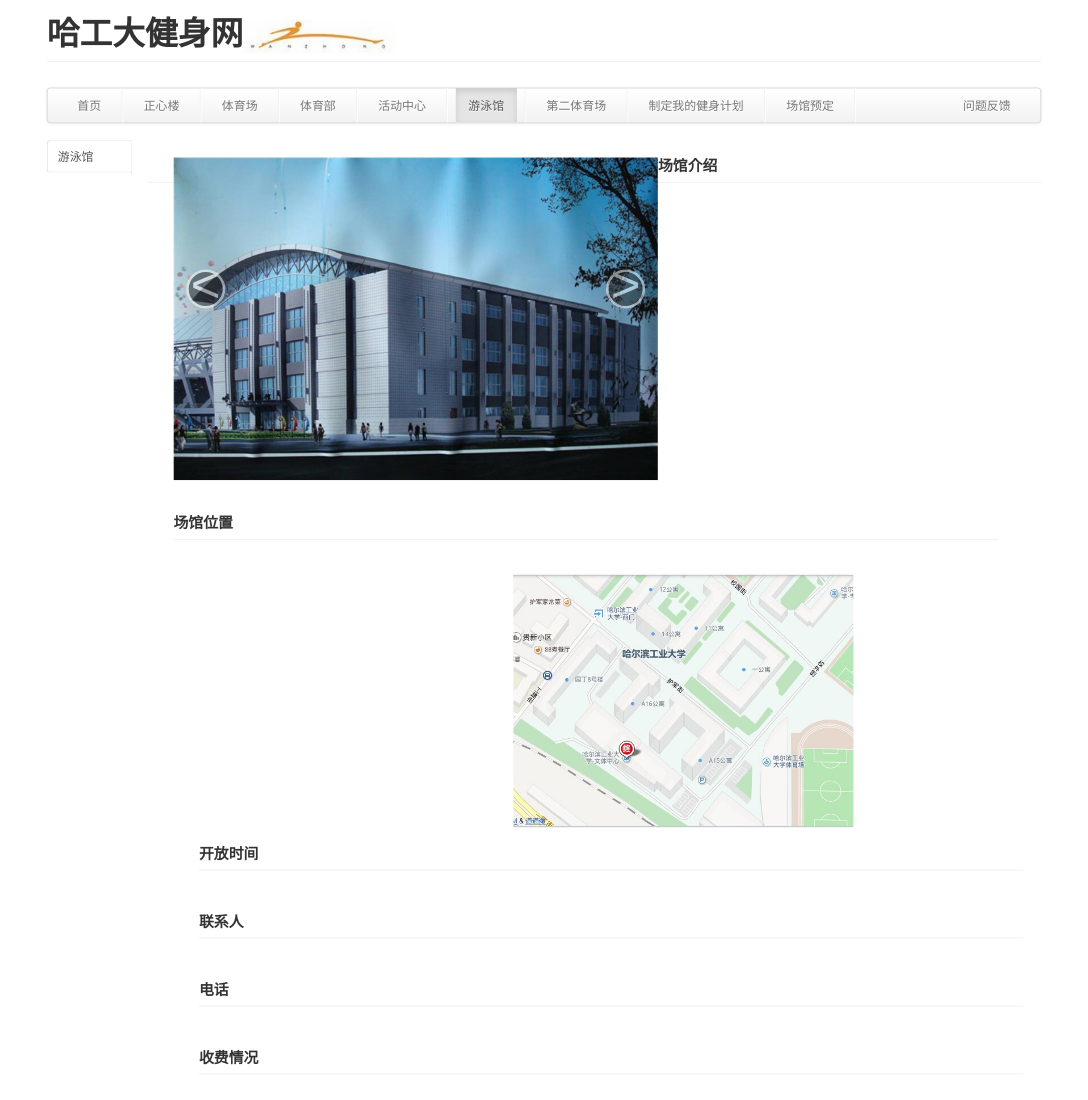
Repository: hitDeveloper/fitness
Page: http://localhost/project/swimming.jsp
An editor plug-in stored every save of this project. The page is shown before and after the next save, followed by the edit.
The browser window is 1280 px wide. The pictures show the whole page, at 85% of full size.
The page is served by Tomcat 9. Nobody is signed in. The application's start-up code is not run. Other server files are loaded and not shown.

Above is the page before, as saved 2014-11-04 15:55:00.

### Project/project/WebRoot/swimming.jsp
<%@ page language="java" import="java.util.*" pageEncoding="UTF-8"%>
<!DOCTYPE html>
<html>
<head>
<title>首页</title>
	<meta name="viewport" content="width=device-width, initial-scale=1.0"  charset="utf-8">
	<link href="bootstrap.min.css" rel="stylesheet" type="text/css" media="screen">
	<link href="bootstrap-responsive.min.css" rel="stylesheet" type="text/css">
</head>
<body>
<div class="container">
<h1 class="page-header" >哈工大健身网<img src="image/logo.jpg"></h1>
<div class="navbar">
<div class="navbar-inner">
<div class="container">
<ul class="nav">
	<li><a href="main.jsp">首页</a></li>
	<li class="divider-vertical"></li>
	<li><a href="zhengxin.jsp">正心楼</a></li>
	<li class="divider-vertical"></li>
	<li><a href="gym.jsp">体育场</a></li>
	<li class="divider-vertical"></li>
	<li><a href="tiyubu.jsp">体育部</a></li>
	<li class="divider-vertical"></li>
	<li><a href="center.jsp">活动中心</a></li>
	<li class="divider-vertical"></li>
	<li class="active"><a href="swimming.jsp">游泳馆</a></li>
	<li class="divider-vertical"></li>
	<li><a href="gym2.jsp">第二体育场</a></li>
	<li class="divider-vertical"></li>
	<li><a href="myplan.jsp">制定我的健身计划</a></li>
	<li class="divider-vertical"></li>
	<li><a href="myplan.jsp">场馆预定</a></li>
	<li class="divider-vertical"></li>
</ul>
<ul class="nav pull-right">
	<li><a href="problem.jsp">问题反馈</a></li>
</ul>
</div>
</div>
</div>

<div class="tabbable tabs-left">
<ul class="nav nav-tabs">
	<li class="active"><a href="#center" data-toggle="tab">游泳馆</a></li>
</ul>
<div class="tab-content">
<div class="tab-pane active" id="center">
<div class="span6">
<div class="carousel slide" id="carousel1">
<div class="carousel-inner">
<div class="item active">
<img src="image/gym/youyongguan/20097297567.jpg" alt="">
</div>
<div class="item">
<img src="image/gym/youyongguan/200972975628297.jpg" alt="">
</div>
<div class="item">
<img src="image/gym/youyongguan/d0f49e8f-0f18-4361-8ef3-e573a51736d8.jpg" alt="">
</div>
<div class="item">
<img src="image/gym/youyongguan/thumwb.jpg" alt="">
</div>
</div>
<a href="#carousel1" data-slide="prev" class="left carousel-control"><</a>
<a href="#carousel1" data-slide="next" class="right carousel-control">></a>
</div>
</div>
<div>
<h4 class="page-header">场馆介绍</h4>
<p></p>
</div>
<div class="span10">
<h4 class="page-header">场馆位置</h4>
<div class="span4">
<p></p>
</div>
<div class="span8">
<img src="image/6.jpg" class="pull-right" width="400">
</div>
<div class="span10">
<h4 class="page-header">开放时间</h4>
<p></p>
</div>
<div class="span10">
<h4 class="page-header">联系人</h4>
<p></p>
</div>
<div class="span10">
<h4 class="page-header">电话</h4>
<p></p>
</div>
<div class="span10">
<h4 class="page-header">收费情况</h4>
<p></p>
</div>
</div>
</div>
</div>


</div>
</div>
		<script src="jquery-1.11.1.min.js"></script>
		<script src="bootstrap.min.js"></script>
</body>
</html>

Loaded but not shown: Project/project/WebRoot/bootstrap.min.css (library); Project/project/WebRoot/bootstrap-responsive.min.css (library); Project/project/WebRoot/jquery-1.11.1.min.js (library); Project/project/WebRoot/bootstrap.min.js (library)

After the next save:
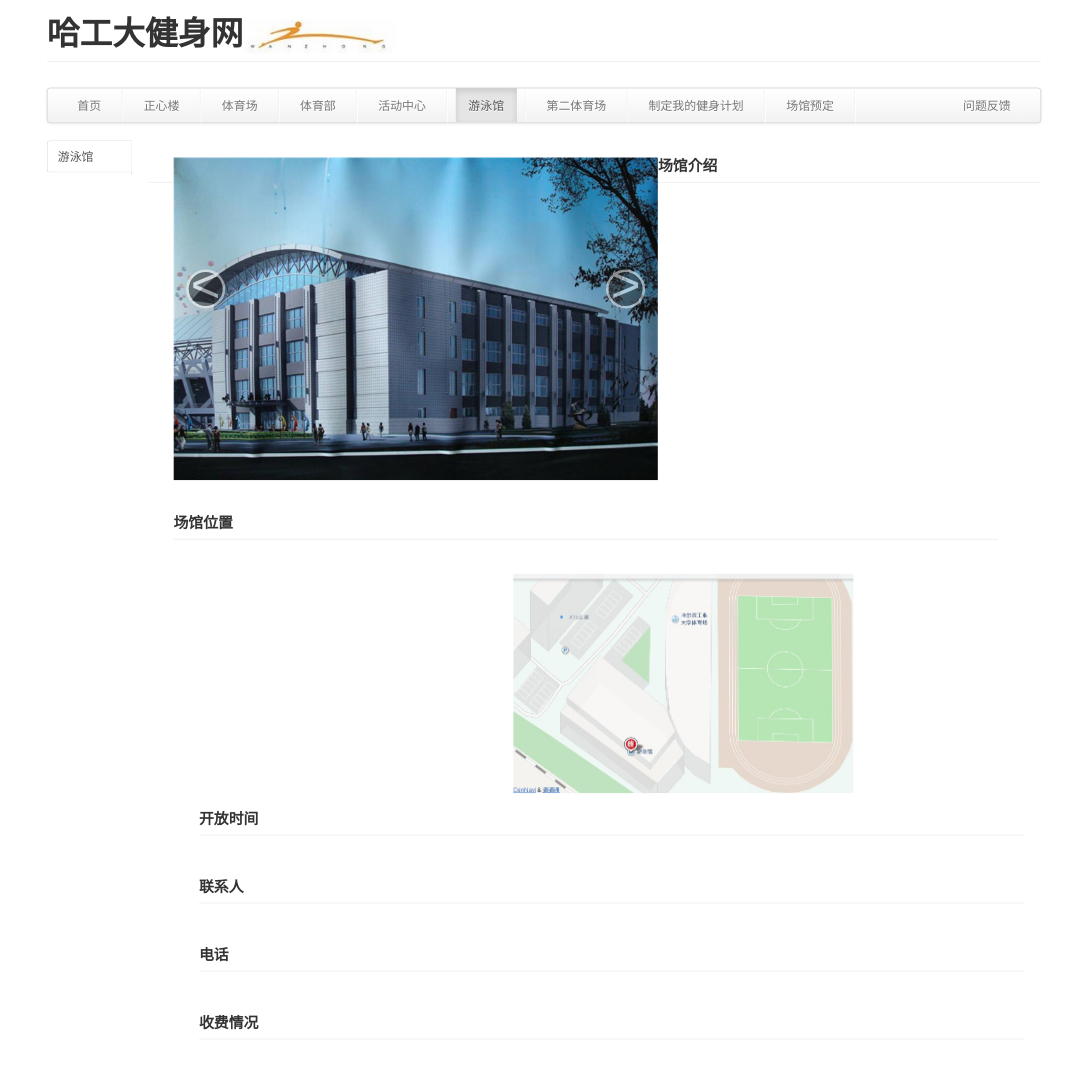
Saved 63 s later.
--- a/Project/project/WebRoot/swimming.jsp
+++ b/Project/project/WebRoot/swimming.jsp
@@ -76,7 +76,7 @@
 <p></p>
 </div>
 <div class="span8">
-<img src="image/6.jpg" class="pull-right" width="400">
+<img src="image/7.jpg" class="pull-right" width="400">
 </div>
 <div class="span10">
 <h4 class="page-header">开放时间</h4>
